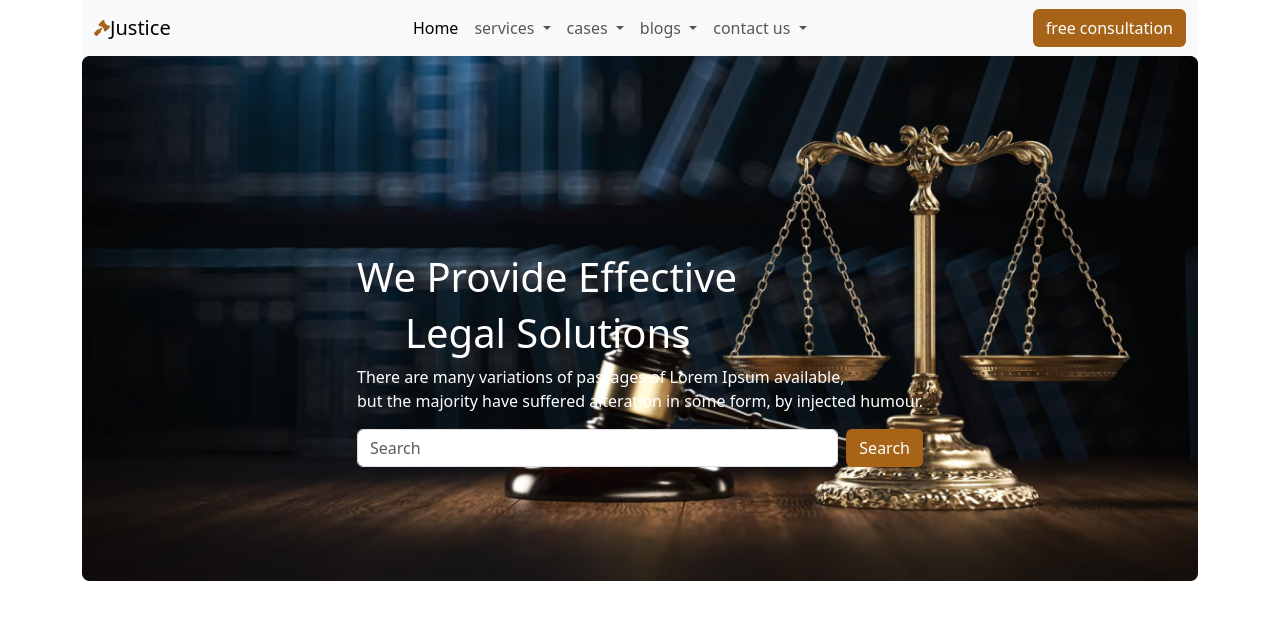
Repository: sadiaafsana138/justice
Page: index.html
An editor plug-in stored every save of this project. The page is shown before and after the next save, followed by the edit.
The browser window is 1280 px wide. The pictures show the whole page.
Some web libraries are served in a nearby version.

Above is the page before, as saved 2023-01-25 18:39:02.

After the next save:
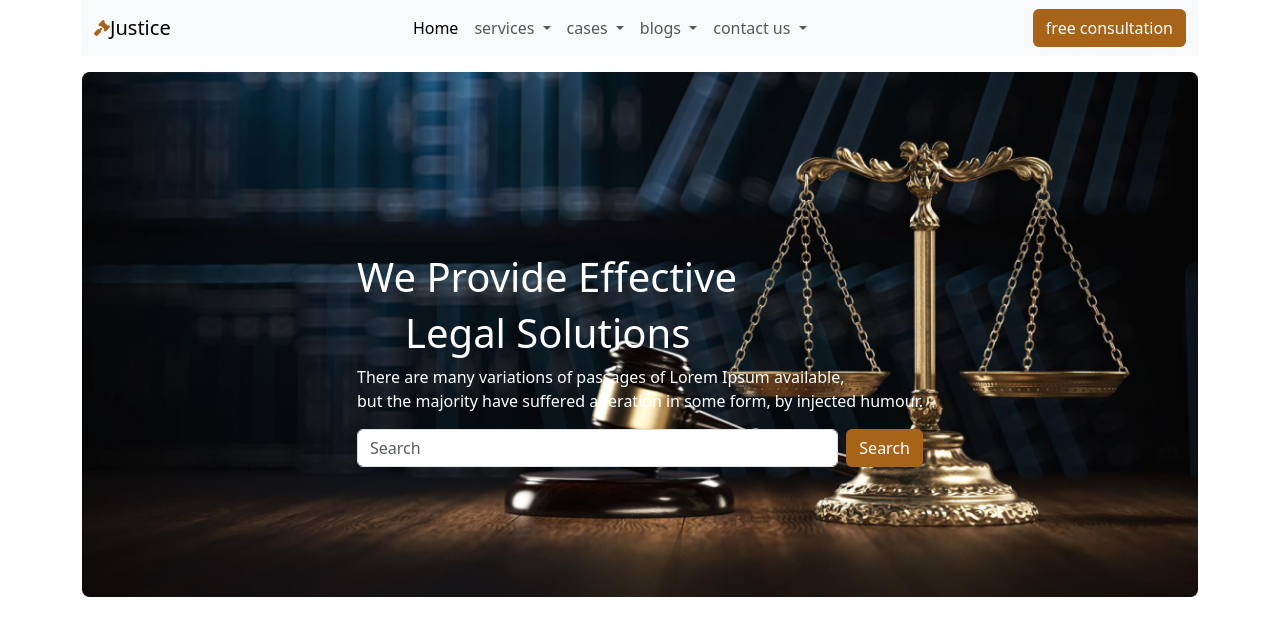
Saved 10 s later.
--- a/index.html
+++ b/index.html
@@ -107,7 +107,7 @@
     </header>
     <main class="container-lg">
         <section>
-            <div calss="mt-3">
+            <div class="mt-3">
 
                 <div class="banner-text text-primary-color1">
                     <h1>We Provide Effective </h1>
